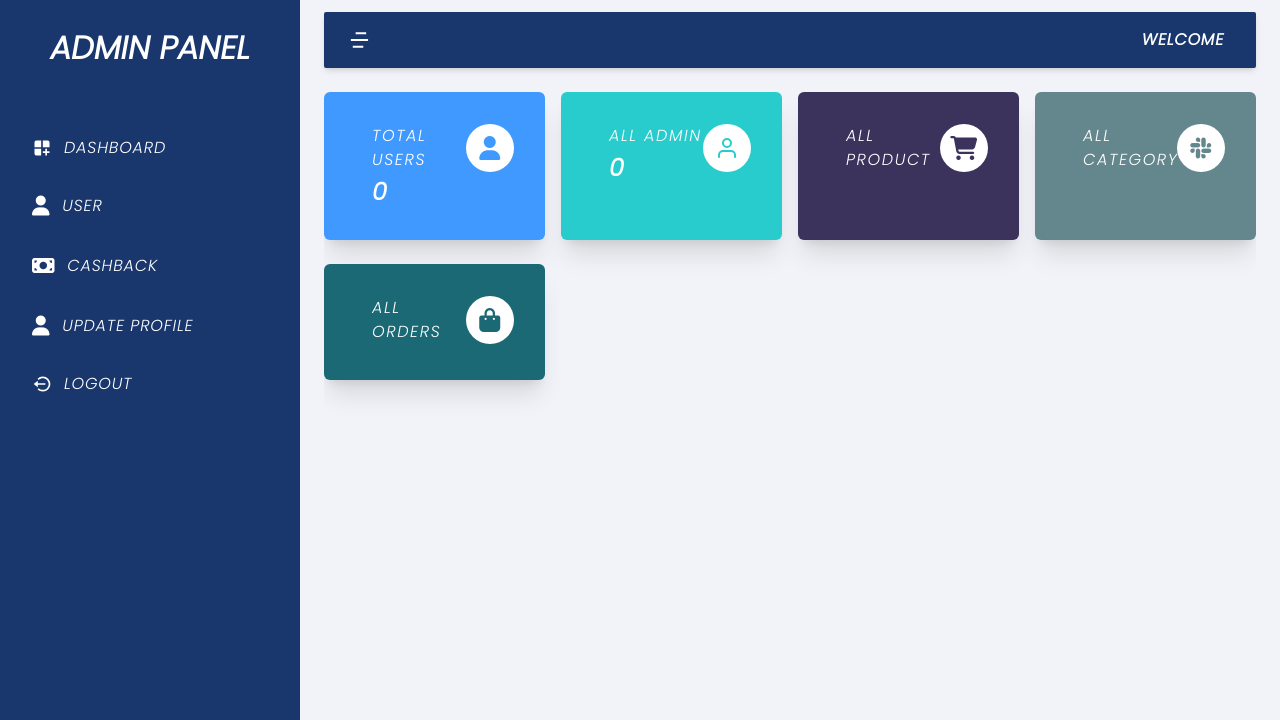
Repository: FlyweisReact/Ankit-Pandey-Admin-Panel
Page: /dashboard
An editor plug-in stored every save of this project. The page is shown before and after the next save, followed by the edit.
The browser window is 1280 px wide. The pictures show the whole page.
Some web libraries are served in a nearby version. The project was rebuilt for these pictures with package versions that can differ from the ones it lists, and the page was loaded fresh each time. Also part of the build but not shown: src/Repository/Api.js, src/Screen/Login.jsx, src/Screen/EAdminCustomer.js, src/Screen/EAdmin.js, src/Screen/UpdateProfile.js.

Above is the page before, as saved 2023-06-16 16:20:47.

### public/index.html
<!-- @format -->

<!DOCTYPE html>
<html lang="en">
  <head>
    <meta charset="utf-8" />
    <meta name="viewport" content="width=device-width, initial-scale=1" />
    <meta name="theme-color" content="#000000" />
    <meta
      name="description"
      content="Web site created using create-react-app"
    />
    <link rel="icon" href="%PUBLIC_URL%/favicon.png" />
    <link rel="manifest" href="%PUBLIC_URL%/manifest.json" />
    <link rel="preconnect" href="https://fonts.googleapis.com">
<link rel="preconnect" href="https://fonts.gstatic.com" crossorigin>
<link href="https://fonts.googleapis.com/css2?family=Roboto+Mono:ital,wght@1,300&display=swap" rel="stylesheet">
    <title>Logo Fx</title>
  </head>
  <body>
    <noscript>You need to enable JavaScript to run this app.</noscript>
    <div id="root"></div>
    <script src="https://code.jquery.com/jquery-3.6.0.min.js"></script>
    <script src="https://kit.fontawesome.com/b533b351e4.js" crossorigin="anonymous"></script>
  </body>
</html>

### src/index.js
import React from "react";
import ReactDOM from "react-dom/client";
import "./index.css";
import App from "./App";
import { BrowserRouter } from "react-router-dom";
import 'bootstrap/dist/css/bootstrap.min.css'

const root = ReactDOM.createRoot(document.getElementById("root"));
root.render(
  <React.StrictMode>
    <BrowserRouter>
      <App />
    </BrowserRouter>
  </React.StrictMode>
);

### src/index.css
/** @format */

@tailwind base;
@tailwind components;
@tailwind utilities;

@import url("https://fonts.googleapis.com/css2?family=Roboto+Mono:ital,wght@1,300&display=swap");
@font-face {
  font-family: Roboto;
  src: url("./Fonts/Poppins-LightItalic.ttf");
}

body {
  margin: 0;
  font-family: Roboto !important;
  -webkit-font-smoothing: antialiased;
  -moz-osx-font-smoothing: grayscale;
}

code {
  font-family: Roboto !important;
}

html {
  font-family: Roboto !important;
}

::-webkit-scrollbar {
  width: 10px;
}
.fa-trash {
  color: red;
  cursor: pointer;
}

.iCOn {
  transition: 0.5s;
  box-shadow: none;
  transform: scale(1);
}
.cardDiv {
  cursor: pointer;
}

.cardDiv:hover .iCOn {
  box-shadow: rgba(0, 0, 0, 0.35) 0px 5px 15px;
  transform: scale(1.3);
}

/* Track */
::-webkit-scrollbar-track {
  background: #f1f1f1;
}

/* Handle */
::-webkit-scrollbar-thumb {
  background: #888;
}

/* Handle on hover */
::-webkit-scrollbar-thumb:hover {
  background: #555;
}
.profileImage {
  width: 100px;
}
.fa-eye {
  color: #029aff;
  cursor: pointer;
}
.fa-edit {
  cursor: pointer;
  color: blue;
}

.View {
  border: 1px solid black;
  width: 100%;
  padding: 10px;
}

.main-card--container {
  display: grid;
  grid-template-columns: repeat(3, minmax(300px, 500px));
  grid-gap: 50px;
  justify-content: space-around;
}
.card-container {
  margin: 25px 0 auto;
  box-shadow: rgba(0, 0, 0, 0.35) 0px 5px 15px;
  position: relative;
  display: grid;
  grid-template-columns: 1fr;
  justify-content: space-around;
  align-items: flex-start;
}

.myEdit:focus {
  box-shadow: rgba(0, 0, 0, 0.35) 0px 5px 15px;
}

.AstroLogin {
  color: #fff;
  background-color: #2b7a8e;
  padding: 10px;
  width: 380px;
  text-align: center;
  font-size: 20px;
  background: linear-gradient(to left, #2b7a8e 50%, #fff 50%) right;
  background-size: 200%;
  transition: 0.5s ease-out;
  border: 1px solid #2b7a8e;
  margin-top: 10px;
  text-transform: uppercase;
}
.AstroLogin:hover {
  background-position: left;
  color: #2b7a8e;
}

.EcommerceAdminLogin {
  color: #fff;
  background-color: #19376d;
  padding: 10px;
  width: 380px;
  text-align: center;
  font-size: 20px;
  background: linear-gradient(to left, #19376d 50%, #fff 50%) right;
  background-size: 200%;
  transition: 0.5s ease-out;
  border: 1px solid #19376d;
  margin-top: 10px;
  text-transform: uppercase;
}

.EcommerceAdminLogin:hover {
  background-position: left;
  color: #19376d;
}
.EcommerceVendorLogin {
  color: #fff;
  background-color: #576cbc;
  padding: 10px;
  width: 380px;
  text-align: center;
  font-size: 20px;
  background: linear-gradient(to left, #576cbc 50%, #fff 50%) right;
  background-size: 200%;
  transition: 0.5s ease-out;
  border: 1px solid #576cbc;
  margin-top: 10px;
  text-transform: uppercase;
}

.EcommerceVendorLogin:hover {
  background-position: left;
  color: #576cbc;
}

.view {
  background-color: #2196f3;
  color: #fff;
  width: 50%;
  padding: 5px;
}

.two-sec {
  display: flex;
  justify-content: space-evenly;
  justify-content: space-evenly;
}
.two-sec .left {
  width: 60%;
  background-color: #f6f1ef;
  padding: 20px;
}
.two-sec .left .head {
  font-size: 25px;
  font-weight: bold;
}

.two-sec .right {
  width: 30%;
  background-color: #f6f1ef;
}

.searchDiv {
  width: 100%;
  display: flex;
  gap: 10px;
  border: 1px solid rgb(179, 179, 179);
  padding: 10px;
  margin-bottom: 20px;
  align-items: center;
}
.searchDiv input {
  width: 94%;
  outline: none;
  border: none;
}

.flexCont {
  display: flex;
  align-items: center;
  gap: 10px;
}
.flexCont img {
  width: 60px;
  background-color: #e9ecef;
}

.blockContent {
  display: block;
}
.blockContent p {
  margin: 0;
}

.checkBox {
  width: 50px;
  height: 25px;
  background-color: #e9ecef;
  border-radius: 50px;
  position: relative;
  cursor: pointer;
}
.checkBox span {
  width: 20px;
  height: 20px;
  border-radius: 100%;
  background-color: #fff;
  position: absolute;
  left: 5px;
  top: 2px;
}
.ActivecheckBox {
  width: 50px;
  height: 25px;
  background-color: #0d6efd;
  border-radius: 50px;
  position: relative;
  cursor: pointer;
}
.ActivecheckBox span {
  width: 20px;
  height: 20px;
  border-radius: 100%;
  background-color: #fff;
  position: absolute;
  right: 5px;
  top: 2px;
}

.fa-eye {
  color: #0cba73;
  background-color: #d6f8e8;
  width: 40px;
  text-align: center;
  height: 40px;
  display: flex;
  border-radius: 100%;
  justify-content: center;
  padding-top: 10px;
  transition: 0.5s;
}

.fa-pen-to-square {
  color: #f4c39c;
  background-color: #ffebdb;
  width: 40px;
  text-align: center;
  height: 40px;
  display: flex;
  border-radius: 100%;
  justify-content: center;
  padding-top: 10px;
  cursor: pointer;
  transition: 0.5s;
}
.fa-trash {
  color: #df939f;
  background-color: #ffe1e8;
  width: 40px;
  text-align: center;
  height: 40px;
  display: flex;
  border-radius: 100%;
  justify-content: center;
  padding-top: 10px;
  cursor: pointer;
  transition: 0.5s;
}
.fa-trash:hover {
  transform: scale(1.2);
}
.fa-eye:hover {
  transform: scale(1.2);
}
.fa-pen-to-square:hover {
  transform: scale(1.2);
}
.required {
  color: #e74260;
}

.headP {
  margin-left: 2%;
  color: #7b7c7d;
}
.filterBox {
  display: flex;
  align-items: center;
  gap: 10px;
  border-bottom: 1px solid #d4d7dc;
  padding-bottom: 20px;
  margin-bottom: 20px;
}
.filterBox img {
  width: 30px;
}
.filterBox input {
  width: 100%;
  border: 1px solid #d4d7dc;
  outline: none;
  padding: 5px;
  color: black;
}
.sectionCont {
  width: 98%;
  background-color: #fff;
  margin-left: 2%;
  padding: 20px;
}

.overFlowCont {
  width: 100%;
  overflow-x: auto;
}

.logo {
  width: 300px;
  margin-bottom: 20px;
}

.updateProfile {
  margin-left: 20px;
  border: 1px solid #fff;
  border-radius: 100%;
  font-size: 1.2rem;
  padding: 10px;
  transition: 0.5s;
  cursor: pointer;
}
.updateProfile:hover {
  border: 1px solid #19376d;
  color: #19376d;
  background-color: #fff;
}

.Normalbtn {
  background-color: #19376d !important;
  border: 1px solid #19376d !important;
  border-radius: 0px !important;
}

.ImageCarousel {
  width: 150px !important;
  margin: 0px !important;
  height: 150px !important;
}
.CarouselImages {
  width: 150px !important;
  height: 150px !important;
}
.CarouselImages img {
  width: 100% !important;
  height: 100% !important;
}

.ModalCarousel {
  width: 100% !important;
  height: 500px !important;
}
.ModalCarousel {
  width: 100% !important;
  height: 500px !important;
}
.ModalCarousel img {
  width: 100% !important;
  height: 500px !important;
}

.gridCont {
  display: grid;
  grid-template-columns: auto auto auto;
  justify-content: space-evenly;
}
.gridCont div {
  width: 400px;
  height: 300px;
  box-shadow: rgba(0, 0, 0, 0.35) 0px 5px 15px;
  padding: 10px;
  position: relative;
  margin-top: 20px;
}
.gridCont div img {
  width: 100%;
}
.delete-Btn {
  width: 90%;
  margin-left: 2%;
  color: #c44b3f;
  border: 1px solid #c44b3f;
  position: absolute;
  bottom: 10px;
  transition: 0.5s;
  padding: 10px;
}

.delete-Btn:hover {
  background-color: #c44b3f;
  color: #fff;
}

.BannerCarousel {
  width: 300px;
  margin: 0px !important;
}
.BannerCarouselImage {
  width: 300px;
}
.BannerCarouselImage img {
  width: 100%;
}

.pagination {
  display: flex;
  justify-content: center;
  align-items: center;
  gap: 10px;
  margin-bottom: 20px;
}
.pagination button {
  border: 1px solid black;
  padding: 10px;
}

.activePage {
  background-color: #19376d;
  color: #fff;
  border: 1px solid #19376d !important;
}

.active {
  background-color: #fff;
  color: #19376d !important;
}
.prevBtn {
  background-color: #fff;
  color: #19376d;
  border: 1px solid #19376d !important;
  transition: 0.5s;
}

.prevBtn:hover,
.prevBtn:focus,
.prevBtn:active {
  background-color: #19376d;
  color: #fff;
  border: 1px solid #19376d !important;
}
.nextBtn {
  background-color: #fff;
  color: #19376d;
  border: 1px solid #19376d !important;
  transition: 0.5s;
}

.nextBtn:hover,
.nextBtn:focus,
.nextBtn:active {
  background-color: #19376d;
  color: #fff;
  border: 1px solid #19376d !important;
}

.dangerBox {
  position: relative;
}
.dangerBox i {
  position: absolute;
  top: 50%;
  left: 90%;
  transform: translate(-50%, -50%);
  cursor: pointer;
}

### src/App.js
/** @format */

import { Routes, Route } from "react-router-dom";
import { ToastContainer } from "react-toastify";
import "react-toastify/dist/ReactToastify.css";
import Login from "./Screen/Login";
import Dashboard from "./Screen/Dashboard";
import EAdminCustomer from "./Screen/EAdminCustomer";
import EAdmin from "./Screen/EAdmin";
import UpdateProfile from "./Screen/UpdateProfile";


function App() {
  return (
    <>
      <ToastContainer />

      <Routes>
        <Route path="/" element={<Login />} />
        <Route path="/Customer" element={<EAdminCustomer />} />
        <Route path="/dashboard" element={<Dashboard />} />
        <Route path="/Admin" element={<EAdmin />} />
        <Route path="/updateProfile" element={<UpdateProfile />} />
      </Routes>
    </>
  );
}

export default App;

### src/Screen/Dashboard.js
/** @format */

import React, { useEffect, useState } from "react";
import { FiUser } from "react-icons/fi";
import HOC from "./layout/HOC";
import { useNavigate } from "react-router-dom";

const Dashboard = () => {
  const navigate = useNavigate();
  const [adminCount, setAdminCount] = useState([]);
  const [userCount, setUserCount] = useState([]);
  const [categoryCount, setCategoryCount] = useState("");
  const [productCount, setProductCount] = useState("");
  const [orderCount, setOrderCount] = useState("");



  const card = [
    {
      progress: "bg-green-400",
      title: "Total Users",
      number: userCount?.length,
      icon: (
        <i
          className="fa-solid fa-user text-2xl"
          style={{ color: "#4099ff" }}
        ></i>
      ),
      bg: "#4099ff",
      link: "/Customer",
    },
    {
      progress: "bg-green-400",
      title: "All Admin",
      number: adminCount?.length,
      icon: <FiUser className="text-2xl text-[#29cccc]" />,
      bg: "#29cccc",
      link: "/Admin",
    },
    {
      progress: "bg-green-400",
      title: "All Product",
      number: productCount,
      icon: <i class="fa-solid fa-cart-shopping text-2xl text-[#3c335d]"></i>,
      bg: "#3c335d",
      link: "/Product",
    },
    {
      progress: "bg-green-400",
      title: "All category",
      number: categoryCount,
      icon: <i className=" fa-brands fa-slack text-2xl text-[#64878e]"></i>,
      bg: "#64878e",
      link: "/Category",
    },

    {
      progress: "bg-green-400",
      title: "All orders",
      number: orderCount,
      icon: (
        <i className=" fa-solid fa-bag-shopping text-2xl text-[#1b6975]"></i>
      ),
      bg: "#1b6975",
      link: "/Orders",
    },
  ];
  return (
    <>
      <section className="grid md:grid-cols-4 grid-cols-2 gap-y-6 gap-x-4">
        {card.map((card, index) => {
          return (
            <div
              className="px-5 py-8 bg-slate-200 space-y-2 shadow-xl flex flex-col  rounded-md cardDiv"
              key={index}
              style={{
                backgroundColor: `${card.bg}`,
                textTransform: "uppercase",
              }}
              onClick={() => navigate(`${card.link}`)}
            >
              <div className="grid  justify-between grid-cols-4">
                <div className="flex flex-col col-span-3 space-y-1">
                  <span
                    className="tracking-widest text-gray-900"
                    style={{ color: "#fff" }}
                  >
                    {card.title}
                  </span>
                  <span
                    className="tracking-wider text-gray-700 text-xl md:text-2xl font-semibold"
                    style={{ color: "#fff" }}
                  >
                    {card.number}
                  </span>
                </div>
                <div className="flex rounded-full w-10 h-10 sm:w-12 sm:h-12 bg-white justify-center items-center iCOn">
                  {card.icon}
                </div>
              </div>
            </div>
          );
        })}
      </section>
    </>
  );
};

export default HOC(Dashboard);

### src/Screen/layout/HOC.jsx
/** @format */

import React, { useState } from "react";
import Navbar from "./Navbar";
import Sidebar from "./Sidebar";

const HOC = (Wcomponenet) => {
  return function Component() {
    const [hamb, setHamb] = useState(false);
    return (
      <>
        <section
          className="flex overflow-x-hidden relative "
          style={{ backgroundColor: "#f2f3f8" }}
        >
          {/* Sidebar */}
          <div
            className={
              hamb
                ? " absolute top-0 z-30 md:w-auto shadow-md bg-slate-200  w-60 transition-all md:-left-full left duration-150  h-auto overflow-y-auto  left-0 "
                : " md:w-72 z-30 bg-slate-200  shadow-md  md:static absolute top-0 -left-full   transition-all duration-150  overflow-y-auto h-auto"
            }
            style={{ minWidth: "300px" }}
          >
            <Sidebar hamb={hamb} setHamb={setHamb} />
          </div>
          {/* Components & Navbar */}
          <div
            className={
              hamb
                ? " transition-all px-4 py-2  duration-150 w-full h-screen"
                : " w-full h-screen  px-4 py-2   z-50 transition-all duration-150 "
            }
            style={{ backgroundColor: "#f2f3f8" }}
          >
            <Navbar hamb={hamb} setHamb={setHamb} />
            <div className="my-6 text-#000 h-[87%] wcomp overflow-y-auto">
              {" "}
              <Wcomponenet />
            </div>
          </div>
        </section>
      </>
    );
  };
};

export default HOC;

### src/Screen/layout/Navbar.jsx
/** @format */

import { RiMenu4Line } from "react-icons/ri";

const Navbar = ({ hamb, setHamb }) => {
  const AdminName = localStorage.getItem("Email")
  return (
    <>
      <div
        className={
          hamb
            ? "flex  w-full justify-between  my-1 rounded-sm  p-4 py-3 shadow-md items-center  bg-slate-200 space-x-4"
            : "flex  w-full justify-between my-1 rounded-sm  p-4 py-3 shadow-md items-center  bg-slate-200 space-x-4"
        }
        style={{ backgroundColor: "#19376d" }}
      >
        <RiMenu4Line
          onClick={() => setHamb(!hamb)}
          className="text-2xl font-bold text-gray-900 hover:scale-90 cursor-pointer"
          style={{ color: "#fff" }}
        />

        <section className="flex sm:ml-auto justify-end sm:w-full items-center space-x-2  pr-2">
          <figcaption className="tracking-wider pl-1 font-semibold">
            <div
              className="lg:text-base text-sm text-gray-900  uppercase"
              style={{ color: "#fff" }}
            >
              Welcome {AdminName}
            </div>
          </figcaption>
        </section>
      </div>
    </>
  );
};

export default Navbar;

### src/Screen/layout/Sidebar.jsx
/** @format */

import React from "react";
import { RiCloseLine } from "react-icons/ri";
import { Link, useNavigate } from "react-router-dom";
import { BiLogOutCircle } from "react-icons/bi";
import { MdDashboardCustomize } from "react-icons/md";

const Sidebar = ({ hamb, setHamb }) => {
  const navigate = useNavigate();

  const nav = [
    {
      icon: <MdDashboardCustomize className="text-xl mr-3 rounded-full " />,
      link: "/dashboard ",
      name: "Dashboard",
    },
    {
      icon: <i className="fa-solid fa-user text-xl mr-3 rounded-full"></i>,
      link: "/Admin",
      name: "User",
    },
    {
      icon: (
        <i className="fa-sharp fa-solid fa-money-bill text-xl mr-3 rounded-full "></i>
      ),
      link: "/Customer",
      name: "Cashback",
    },
    {
      icon: (
        <i className="fa-solid fa-user text-xl mr-3 rounded-full "></i>
      ),
      link: "/updateProfile",
      name: "Update Profile",
    }
  ];

  const logOut = () => {
    localStorage.clear()
    navigate("/");
  };

  return (
    <>
      <aside
        className="p-4 h-auto"
        style={{ backgroundColor: "#19376d", minHeight: "100vh" }}
      >
        {/* Top */}
        <div className="w-full md:hidden relative  p-2 mb-4">
          <RiCloseLine
            onClick={() => setHamb(!hamb)}
            className="text-3xl  absolute top-2 sm:hover:rotate-[228deg] transition-transform font-bold right-2 sm:hover:text-[22px] text-[rgb(241,146,46)] cursor-pointer"
          />
        </div>{" "}
        <figure className="flex  flex-col items-center">
          <span
            className="font-bold text-[#fff]"
            style={{
              fontSize: "2rem",
              textAlign: "center",
              textTransform: "uppercase",
            }}
          >
            {" "}
            ADMIN PANEL
          </span>
        </figure>
        <nav className="py-6">
          {nav.map((nav) => {
            return (
              <Link
                to={nav.link}
                key={nav.name}
                className=""
                style={{ textDecoration: "none", textTransform: "uppercase" }}
              >
                <span
                  className="flex my-3 items-center cursor-pointer text-gray-900    tracking-wider p-2 rounded-sm"
                  style={{ color: "#FFF" }}
                >
                  {nav.icon} {nav.name}
                </span>
              </Link>
            );
          })}
          <span
            className="flex my-3 items-center cursor-pointer text-gray-900    tracking-wider p-2 rounded-sm"
            onClick={() => logOut()}
            style={{ color: "#FFF", textTransform: "uppercase" }}
          >
            <BiLogOutCircle className="text-xl mr-3 rounded-full " /> LogOut
          </span>
        </nav>
      </aside>
    </>
  );
};

export default Sidebar;

Loaded but not shown: tailwind.config.js (common file)

After the next save:
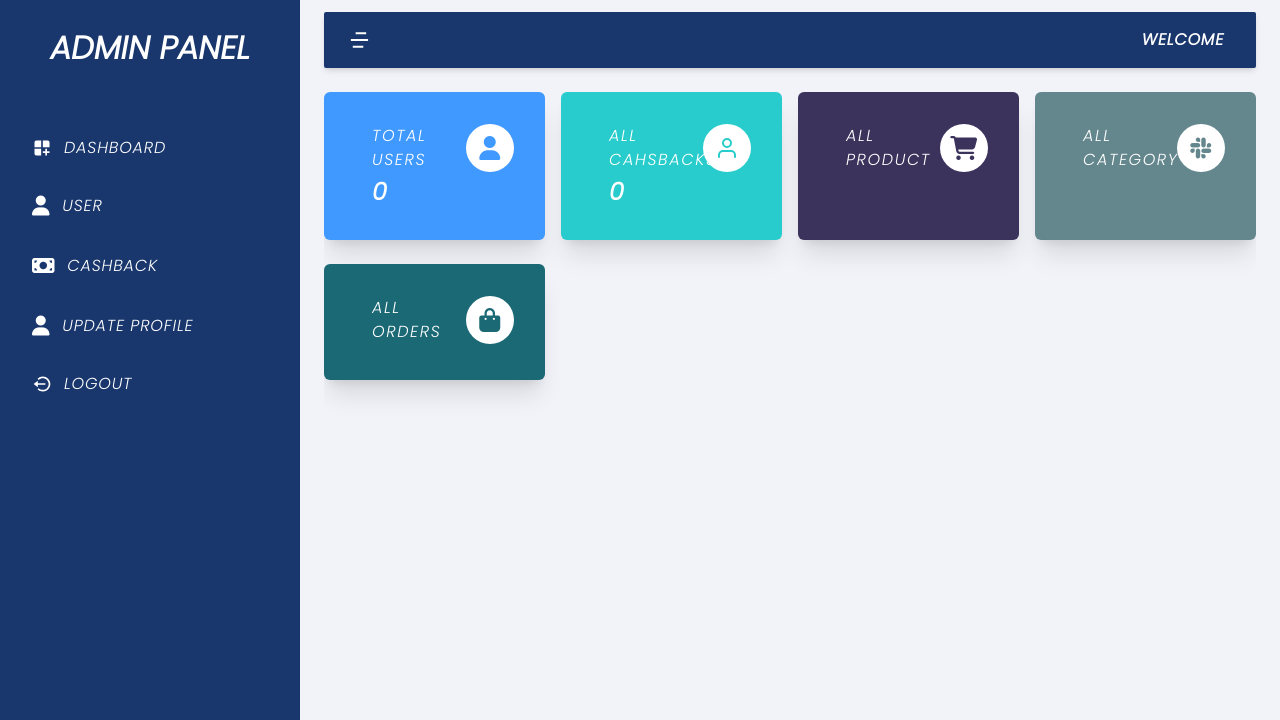
Saved 5 s later.
--- a/src/Screen/Dashboard.js
+++ b/src/Screen/Dashboard.js
@@ -31,7 +31,7 @@ const Dashboard = () => {
     },
     {
       progress: "bg-green-400",
-      title: "All Admin",
+      title: "All Cahsbacks",
       number: adminCount?.length,
       icon: <FiUser className="text-2xl text-[#29cccc]" />,
       bg: "#29cccc",
